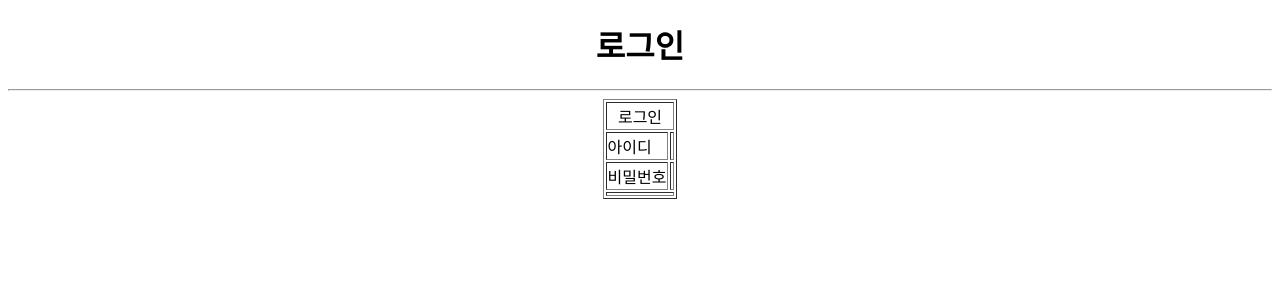
Repository: nijooymik/smartfactory
Page: http://localhost/t0721/new_login_form.jsp
An editor plug-in stored every save of this project. The page is shown before and after the next save, followed by the edit.
The browser window is 1280 px wide. The pictures show the whole page.
The page is served by Tomcat 9.

Above is the page before, as saved 2022-07-21 06:00:59.

After the next save:
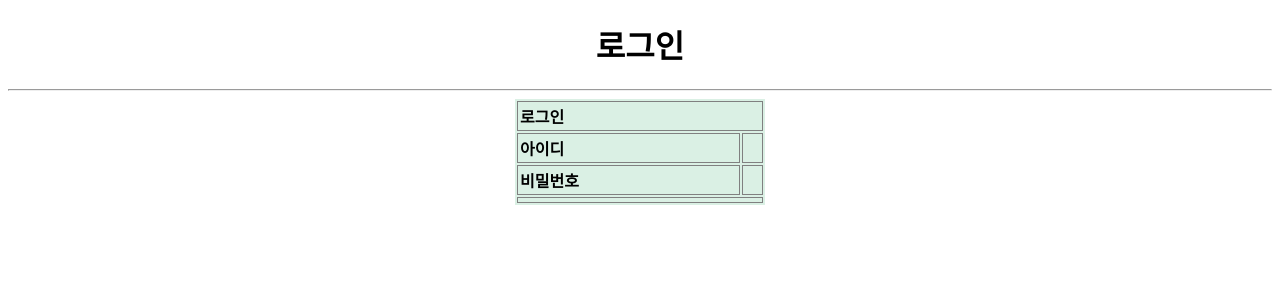
Saved 35 s later.
--- a/jsp/t0721/src/main/webapp/new_login_form.jsp
+++ b/jsp/t0721/src/main/webapp/new_login_form.jsp
@@ -5,12 +5,27 @@
 <head>
 <meta charset="EUC-KR">
 <title>Insert title here</title>
+<style>
+table {
+	width: 250px;
+	text-align: center;
+	border-collapse: collaps;
+	background-color: #daf0e4;
+}
+
+td {
+	border: 1px solid grey;
+	font-weight: bold;
+	padding: 2px;
+	text-align: left;
+}
+</style>
 </head>
 <body>
 	<center>
 		<h1>로그인</h1>
 		<hr>
-		<table border=1>
+		<table>
 			<tr>
 				<td colspan=2 align=center>로그인</td>
 			</tr>
